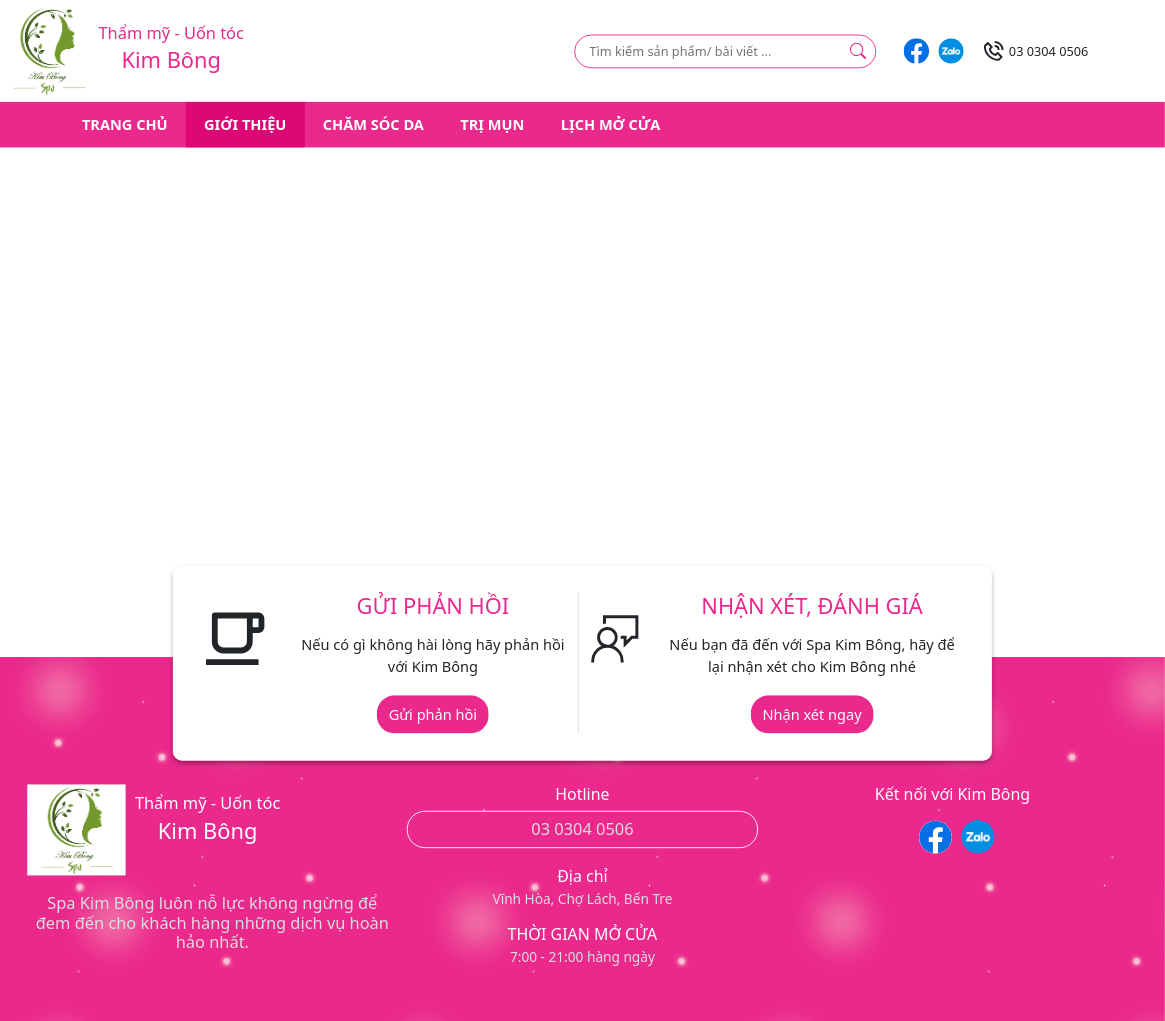
Repository: tranduykhuong/SpaKimBong
Page: /about
An editor plug-in stored every save of this project. The page is shown before and after the next save, followed by the edit.
The browser window is 1280 px wide. The pictures show the whole page, at 91% of full size.
The project was rebuilt for these pictures with package versions that can differ from the ones it lists, and the page was loaded fresh each time. Also part of the build but not shown: src/components/Header/Slider/slider.scss, src/components/Header/Slider/Slider.js, src/components/Header/ListImage/listImage.scss, src/components/Header/ListImage/ListImage.js, src/pages/Home/home.scss, src/pages/Home/ListImage/listImage.scss, src/pages/Home/ListImage/ListImage.js, src/pages/Home/BookOnline/bookOnl.scss and 6 more.

Above is the page before, as saved 2022-06-01 00:11:57.

### src/App.js
import "./App.css";
import Header from "./components/Header/Header";
import Home from "./pages/Home/Home";
import "bootstrap/dist/css/bootstrap.min.css";
import { Route, Routes } from "react-router-dom";
import About from "./pages/About/About";

function App() {
  return (
    <div className="App">
      <Header />
      <Routes>
        <Route path="/" element={<Home />} />
        <Route path="/about" element={<About />} />
      </Routes>
    </div>
  );
}

export default App;

### src/components/Header/Header.js
import React, { useEffect, useState } from "react";
import "./header.scss";
import { BsSearch, BsFacebook } from "react-icons/bs";
import { BiPhoneCall } from "react-icons/bi";
import Slider from "./Slider/Slider";
import ListImage from "./ListImage/ListImage";
import { Link, useLocation } from "react-router-dom";

function Header() {
  const path = useLocation().pathname;
  const [fixedNavbar, setFixedNavbar] = useState(false);

  useEffect(() => {
    // set fixed navbar
    const handleScroll = () => {
      if (window.scrollY < 1) {
        setFixedNavbar(true);
      }

      if (window.scrollY > 170) setFixedNavbar(true);
      else setFixedNavbar(false);
    };

    window.addEventListener("scroll", handleScroll);

    // cleanup function
    return () => {
      window.removeEventListener("scroll", handleScroll);
    };
  }, []);

  return (
    <div className="header">
      <div className={"infor " + (fixedNavbar ? "mg-navbar" : "")}>
        <div className="logo">
          <img src="../../img/logoSpa.png" alt="" />
          <div className="nameSpa">
            <h4>Thẩm mỹ - Uốn tóc</h4>
            <h2>Kim Bông</h2>
          </div>
        </div>

        <div className="search">
          <input type="text" placeholder="Tìm kiếm sản phẩm/ bài viết ..." />
          <a className="icon">
            <BsSearch className="iconSearch" />
          </a>
        </div>

        <div className="contact">
          <a href="/" className="icon">
            <BsFacebook className="iconFacebook" />
          </a>
          <a href="/" className="icon">
            <img src="../../img/Zalo.png" alt="" className="iconZalo" />
          </a>

          <div className="phone">
            <BiPhoneCall className="iconPhone" />
            <h3>03 0304 0506</h3>
          </div>
        </div>
      </div>
      <div className={"myNavbar " + (fixedNavbar ? "fixedNavbar" : "")}>
        <div className="navbarContent">
          <ul className="navbarList">
            <li className={path === "/" ? "active" : ""}>
              <Link to="/">TRANG CHỦ</Link>
            </li>
            <li className={path === "/about" ? "active" : ""}>
              <Link to="/about">GIỚI THIỆU</Link>
            </li>
            <li className={path === "/skin" ? "active" : ""}>
              <Link to="/">CHĂM SÓC DA</Link>
            </li>
            <li className={path === "/acne" ? "active" : ""}>
              <Link to="/">TRỊ MỤN</Link>
            </li>
            <li className={path === "/open-time" ? "active" : ""}>
              <Link to="/">LỊCH MỞ CỬA</Link>
            </li>
          </ul>
        </div>
      </div>
      {/* <Slider /> */}
      {/* <ListImage /> */}
    </div>
  );
}

export default Header;

### src/pages/About/About.js
import "./About.scss";
import React from "react";
import Footer from "./../../components/Footer/Footer";

const About = () => {
  return (
    <div>
      <div className="container">
        <div className="container-image">
          <img scr="https://i.pinimg.com/originals/2c/84/5a/2c845a66b8ad2a8aafd288bdc16cd459.jpg"></img>
        </div>
      </div>

      <Footer />
    </div>
  );
};

export default About;

### src/components/Header/header.scss
$height-navbar: 5rem;

.header {
    .mg-navbar {
        margin-bottom: $height-navbar;
    }

    .infor {
        max-width: 1200px;
        padding: .6rem 0;
        display: flex;
        justify-content: space-between;

        .logo {
            display: flex;
            flex: 1;

            img {
                height: 10rem;
            }

            .nameSpa {
                color: #eb288c;
                margin: auto 0;

                h4 {
                    font-size: 1.8rem;
                    font-weight: 500;
                }

                h2 {
                    font-size: 2.4rem;
                }
            }
        }


        .search {
            margin: auto 0;
            border-radius: 50px;
            border: solid .1rem #eb288c;
            height: 37px;
            display: flex;

            input {
                font-size: 1.4rem;
                margin: auto 16px;
                min-width: 26rem;
                border: none;
                outline: none;
            }

            .icon {
                margin: auto 10px;
                cursor: pointer;
            }

            .iconSearch {
                width: 1.8rem;
                height: 1.8rem;
                color: #eb288c;

                &:hover {
                    color: #f867b2;
                }
            }
        }

        .contact {
            display: flex;
            margin-left: 20px;

            .icon {
                margin: auto 0;
                margin-left: 10px;

            }

            .iconFacebook {
                width: 2.8rem;
                height: 2.8rem;
                color: rgba($color: #0570e6, $alpha: 1.0);
            }

            .iconZalo {
                width: 2.8rem;
                height: 2.8rem;
                border-radius: 50%;
            }

            .phone {
                margin: auto 0;
                margin-left: 20px;
                display: flex;

                .iconPhone {
                    width: 2.6rem;
                    height: 2.6rem;
                }

                h3 {
                    font-size: 1.4rem;
                    font-weight: 500;
                    margin: auto 4px;
                }
            }

        }
    }

    .fixedNavbar {
        position: fixed;
        top: 0;
        left: 0;
        z-index: 50;
        width: 100%;
        animation: fixedNavbar 1s forwards;
    }

    @keyframes fixedNavbar {
        from {
            top: -5rem;
            opacity: 0;
        }

        to {
            top: 0;
            opacity: 1;
        }
    }

    .myNavbar {
        height: $height-navbar;
        background-color: #eb288c;

        .navbarContent {
            max-width: 1200px;
            margin: 0 auto;

            .navbarList {
                display: flex;
                margin: 0 1rem;
                // justify-content: space-evenly;

                li {
                    list-style: none;

                    a {
                        line-height: $height-navbar;
                        height: $height-navbar;
                        display: block;
                        color: #fff;
                        font-size: 1.6rem;
                        font-weight: 600;
                        text-decoration: none;
                        padding: 0 2rem;
                    }

                    &:hover {
                        background-color: #f844a1;
                        cursor: pointer;
                    }
                }

                .active {
                    background-color: #dd0876;
                }
            }
        }
    }
}

### src/components/Footer/Footer.js
import React, { useEffect } from "react";
import "./footer.scss";
import { BsFacebook } from "react-icons/bs";
import { RiCupLine } from "react-icons/ri";
import { VscFeedback } from "react-icons/vsc";

const Footer = () => {
  return (
    <div className="footer">
      <div className="logo">
        <div className="info">
          <img src="../../img/logoSpa.png" alt="" />
          <div className="nameSpa">
            <h4>Thẩm mỹ - Uốn tóc</h4>
            <h2>Kim Bông</h2>
          </div>
        </div>

        <h5>
          Spa Kim Bông luôn nỗ lực không ngừng để đem đến cho khách hàng những
          dịch vụ hoàn hảo nhất.
        </h5>
      </div>

      <div className="address">
        <h3>Hotline</h3>
        <div className="hotline">03 0304 0506</div>
        <h3>Địa chỉ</h3>
        <h4>Vĩnh Hòa, Chợ Lách, Bến Tre</h4>
        <h3>THỜI GIAN MỞ CỬA</h3>
        <h4>7:00 - 21:00 hàng ngày</h4>
      </div>
      <div className="contact">
        <h3>Kết nối với Kim Bông</h3>
        <a href="/" className="icon">
          <BsFacebook className="iconFacebook" />
        </a>
        <a href="/" className="icon">
          <img src="../../img/Zalo.png" alt="" className="iconZalo" />
        </a>
      </div>

      <div className="subFooter">
        <div className="report">
          <RiCupLine className="icon" />
          <div>
            <h3>Gửi phản hồi</h3>
            <p>Nếu có gì không hài lòng hãy phản hồi với Kim Bông</p>
            <div className="btn">Gửi phản hồi</div>
          </div>
        </div>
        <div className="feedback">
          <VscFeedback className="icon" />
          <div>
            <h3>Nhận xét, Đánh giá</h3>
            <p>
              Nếu bạn đã đến với Spa Kim Bông, hãy để lại nhận xét cho Kim Bông
              nhé
            </p>
            <div className="btn">Nhận xét ngay</div>
          </div>
        </div>
      </div>
    </div>
  );
};

export default Footer;

### src/pages/About/About.scss
.container {
  .container-image {
    width: 100%;
    img {
      height: 400px;
    }
  }
}

### src/components/Footer/footer.scss
$title-color: #fff;

.footer {
    background-image: url(../../../public/img/sparkle1.png), url(../../../public/img/sparkle2.png);
    width: 100%;
    height: 400px;
    background-color: #eb288c;
    animation: sparkle 60s linear infinite;
    padding: 14rem 3rem 0;
    display: flex;
    justify-content: space-around;
    position: relative;
    margin-top: 16rem;

    .logo {
        flex: 1;

        .info {
            display: flex;

            img {
                height: 10rem;
            }

            .nameSpa {
                color: $title-color;
                margin: 1rem;

                h4 {
                    font-size: 1.8rem;
                    font-weight: 500;
                }

                h2 {
                    font-size: 2.4rem;
                }
            }
        }

        h5 {
            margin: 2rem .6rem;
            font-size: 1.8rem;
            font-weight: 400;
            color: #ddd;
        }
    }

    .contact {
        flex: 1;

        h3 {
            margin-bottom: 1.8rem;
            color: $title-color;
        }

        .icon {
            margin: auto 0;
            margin-left: 10px;

        }

        .iconFacebook {
            width: 3.6rem;
            height: 3.6rem;
            color: rgba($color: #0570e6, $alpha: 1.0);
            background-color: $title-color;
            border-radius: 50%;
        }

        .iconZalo {
            width: 3.7rem;
            height: 3.7rem;
            border-radius: 50%;
        }
    }

    .address {
        color: #ddd;
        flex: 1;

        h3 {
            // margin-bottom: 2rem;
            color: $title-color;
        }

        h4 {
            margin-bottom: 2rem;
        }

        .hotline {
            padding: .6rem;
            font-size: 1.8rem;
            margin: .8rem 1rem 2rem;
            border: 1px solid $title-color;
            border-radius: 2rem;

            &:hover {
                color: $title-color;
                cursor: pointer;
            }
        }
    }

    @keyframes sparkle {
        0% {
            background-position: 0px 0px, 0px 0px, 0px 0px;
        }

        100% {
            background-position: -500px -1000px, -400px -400px, 300px 300px;
        }
    }

    .subFooter {
        width: 100%;
        max-width: 90rem;
        min-height: 20rem;
        box-shadow: 0 3px 6px -4px rgba(0, 0, 0, 0.2), 0 3px 6px rgba(0, 0, 0, 0.3);

        background-color: #fff;
        border-radius: 1rem;
        z-index: 50;
        top: -10rem;
        left: 50%;
        transform: translateX(-50%);
        position: absolute;
        display: flex;
        padding: 3rem;
        justify-content: space-around;

        .report,
        .feedback {
            display: flex;
            flex: 1;
            justify-content: center;

            h3 {
                text-transform: uppercase;
                font-size: 2.4rem;
                color: #eb288c;
            }

            p {
                font-size: 1.6rem;
                padding: 1rem;
            }

            .icon {
                height: 10rem;
                width: 10rem;
                margin-right: 2rem;
            }

            .btn {
                padding: 0.8rem 1.2rem;
                background-color: #eb288c;
                border-radius: 2rem;
                font-size: 1.6rem;
                color: #fff;

                &:hover {
                    background-color: #cc1574;
                }
            }
        }

        .report {
            border-right: 1px solid #ddd;
        }

        .feedback {
            margin-left: 1rem;
        }
    }
}

Loaded but not shown: public/index.html (common file); src/index.js (common file); src/index.css (common file); src/reportWebVitals.js (common file); src/App.css (common file)

After the next save:
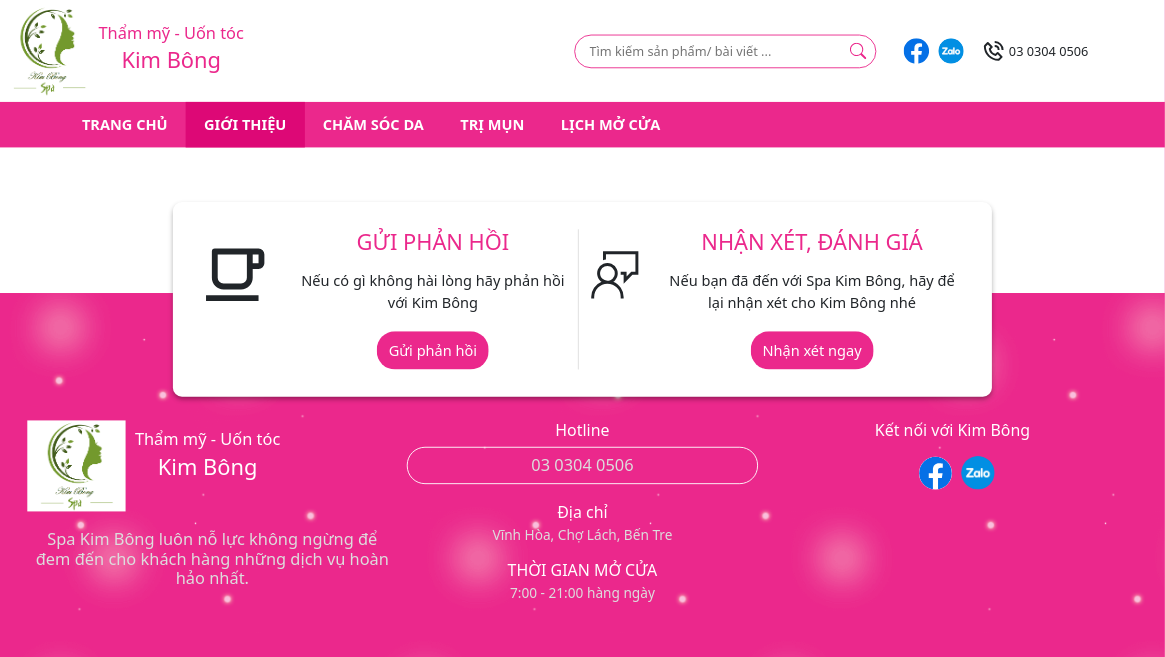
Saved 75 s later.
--- a/src/pages/About/About.js
+++ b/src/pages/About/About.js
@@ -6,9 +6,7 @@ const About = () => {
   return (
     <div>
       <div className="container">
-        <div className="container-image">
-          <img scr="https://i.pinimg.com/originals/2c/84/5a/2c845a66b8ad2a8aafd288bdc16cd459.jpg"></img>
-        </div>
+        <div className="container-image"></div>
       </div>
 
       <Footer />

After the save that followed:
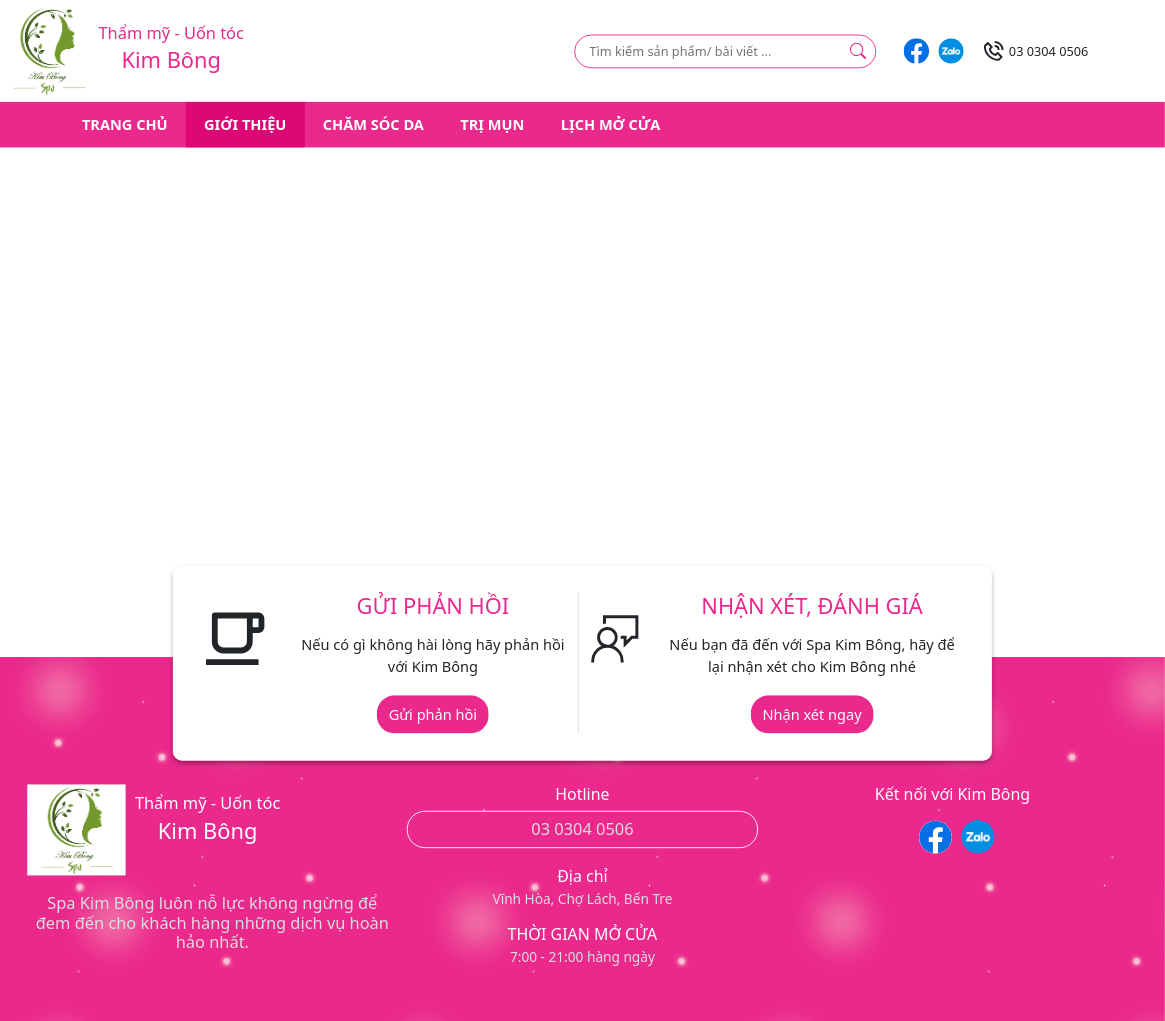
Saved 16 s later.
--- a/src/pages/About/About.scss
+++ b/src/pages/About/About.scss
@@ -1,8 +1,6 @@
 .container {
   .container-image {
     width: 100%;
-    img {
-      height: 400px;
-    }
+    height: 400px;
   }
 }
